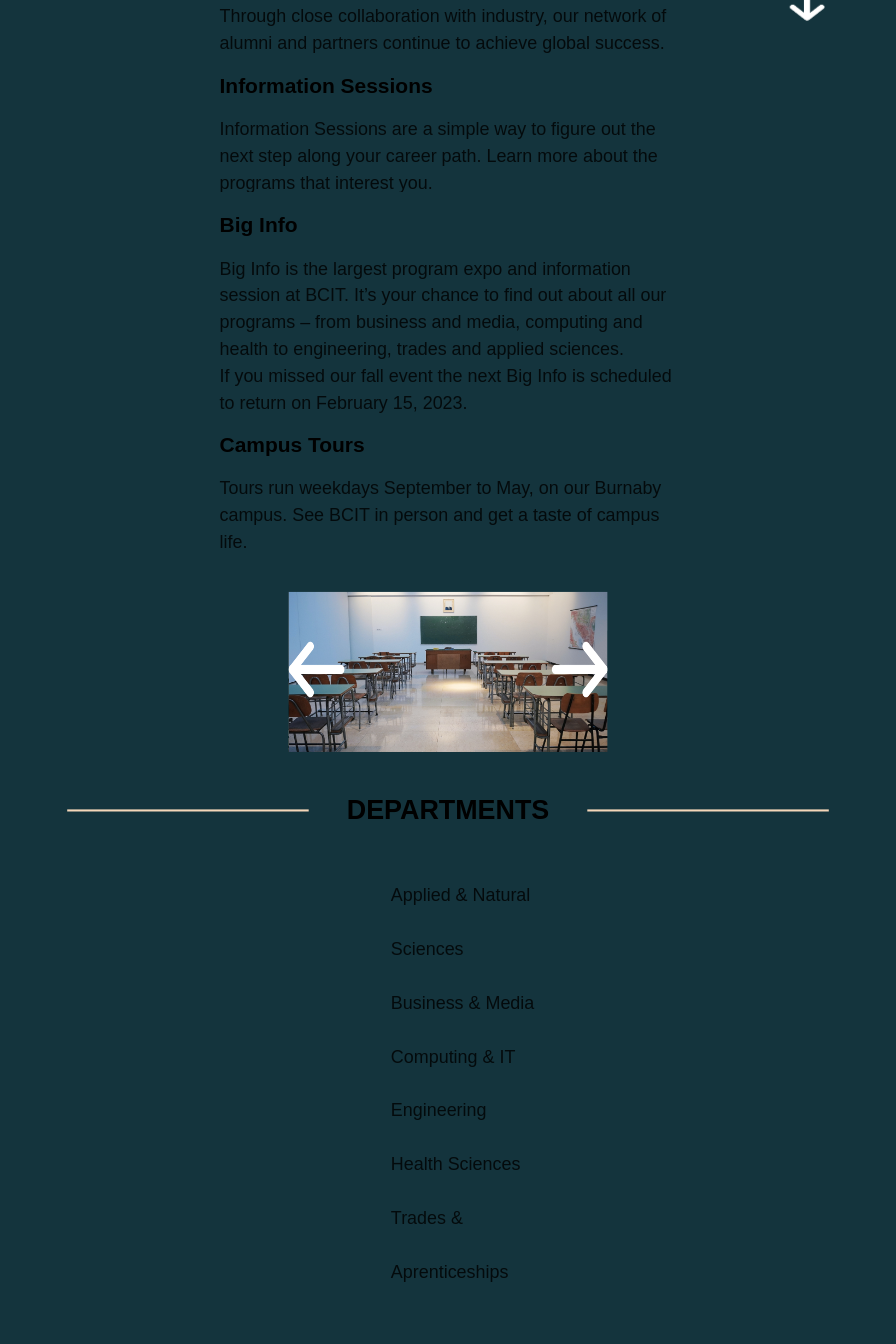
Repository: Kinakopan/playwright_bcit
Page: /about
These files come from the project's save history. The page is drawn as it stood at one moment and after the next save; the edit follows.
The browser window is 1280 px wide. The pictures show the part of the page from y = 635 to 2555 px (the page is 2586 px tall), at 70% of full size.
Some web fonts or font styles are not loaded; a fallback is used. The project was rebuilt for these pictures with package versions that can differ from the ones it lists, and the page was loaded fresh each time. The framework's server and built-in components were replaced by stand-ins that run in the browser. Also part of the build but not shown: next.config.js.

Above is the page before, as saved 2023-01-28 13:58:53.

### pages/_app.js
// import '@/styles/globals.css'
import '../styles/globals.css'
import '../styles/variables.css'
import Head from 'next/head'

export default function App({ Component, pageProps }) {
  return (
    <>
      <Head>
        <title>Example #1</title>
        <meta name="description" content="Generated by create next app" />
        <meta name="viewport" content="width=device-width, initial-scale=1" />
        <link href="https://fonts.googleapis.com/css2?family=Myriad+Pro:wght@100;400;700&display=swap" rel="stylesheet" />
        <link rel="icon" href="/favicon.ico" />
      </Head>
      <Component {...pageProps} />
    </>
  )
}

### pages/about.js
// import axios from 'axios'
import Link from "next/link";
import styles from "@/styles/Home.module.css";
import Arrow from "/components/arrow";
import Navbar from "/components/navbar";
import MyCarousel from "/components/carousel";
import { Inter } from "@next/font/google";
import { useState, useEffect } from "react";

const inter = Inter({ subsets: ["latin"] });

export default function About() {
  return (
    <>
      <div className={styles.body_about}>
        <div className={styles.wrapper}>
          <Navbar />

          {/* Main contents under nav bar */}
          <main className={styles.main}>
            {/* About Us */}
            <h1 className={styles.text_heading1}>About Us</h1>

            <div className={styles.cont_section1}>
              <p className={styles.text_body}>
                We are proud to deliver an education that goes beyond textbooks
                and classrooms.
              </p>

              <p className={styles.text_body}>
                Our students gain the technical skills, real-world experience,
                and problem-solving ability needed to embrace complexity and
                lead innovation in a rapidly changing workforce.
              </p>

              <p className={styles.text_body}>
                Through close collaboration with industry, our network of alumni
                and partners continue to achieve global success.
              </p>

              <h3 className={styles.text_heading2}>Information Sessions</h3>

              <p className={styles.text_body}>
                Information Sessions are a simple way to figure out the next
                step along your career path. Learn more about the programs that
                interest you.
              </p>

              <h3 className={styles.text_heading2}>Big Info</h3>

              <p className={styles.text_body}>
                Big Info is the largest program expo and information session at
                BCIT. It’s your chance to find out about all our programs – from
                business and media, computing and health to engineering, trades
                and applied sciences.
                <br />
                If you missed our fall event the next Big Info is scheduled to
                return on February 15, 2023.
              </p>

              <h3 className={styles.text_heading2}>Campus Tours</h3>

              <p className={styles.text_body}>
                Tours run weekdays September to May, on our Burnaby campus. See
                BCIT in person and get a taste of campus life.
              </p>

              <MyCarousel></MyCarousel>

              {/* CSS Carousel */}
              {/* <section className={styles.carousel} aria-label="Gallery">
                <ol className={styles.carousel__viewport}>
                  <li
                    id="carousel__slide1"
                    tabindex="0"
                    className={styles.carousel__slide}
                  >
                    <div className={styles.carousel__snapper}>
                      <a href="#carousel__slide4" className={styles.carousel__prev}>
                        Go to last slide
                      </a>
                      <a href="#carousel__slide2" className={styles.carousel__next}>
                        Go to next slide
                      </a>
                    </div>
                  </li>
                  <li
                    id="carousel__slide2"
                    tabindex="0"
                    className={styles.carousel__slide}
                  >
                    <div className={styles.carousel__snapper}></div>
                    <a href="#carousel__slide1" className={styles.carousel__prev}>
                      Go to previous slide
                    </a>
                    <a href="#carousel__slide3" className={styles.carousel__next}>
                      Go to next slide
                    </a>
                  </li>
                  <li
                    id="carousel__slide3"
                    tabindex="0"
                    className={styles.carousel__slide}
                  >
                    <div className={styles.carousel__snapper}></div>
                    <a href="#carousel__slide2" className={styles.carousel__prev}>
                      Go to previous slide
                    </a>
                    <a href="#carousel__slide4" className={styles.carousel__next}>
                      Go to next slide
                    </a>
                  </li>
                  <li
                    id="carousel__slide4"
                    tabindex="0"
                    className={styles.carousel__slide}
                  >
                    <div className={styles.carousel__snapper}></div>
                    <a href="#carousel__slide3" className={styles.carousel__prev}>
                      Go to previous slide
                    </a>
                    <a href="#carousel__slide1" className={styles.carousel__next}>
                      Go to first slide
                    </a>
                  </li>
                </ol>
                <aside className={styles.carousel__navigation}>
                  <ol className={styles.carousel__navigation_list}>
                    <li className={styles.carousel__navigation_item}>
                      <a
                        href="#carousel__slide1"
                        className={styles.carousel__navigation_button}
                      >
                        Go to slide 1
                      </a>
                    </li>
                    <li className={styles.carousel__navigation_item}>
                      <a
                        href="#carousel__slide2"
                        className={styles.carousel__navigation_button}
                      >
                        Go to slide 2
                      </a>
                    </li>
                    <li className={styles.carousel__navigation_item}>
                      <a
                        href="#carousel__slide3"
                        className={styles.carousel__navigation_button}
                      >
                        Go to slide 3
                      </a>
                    </li>
                    <li className={styles.carousel__navigation_item}>
                      <a
                        href="#carousel__slide4"
                        className={styles.carousel__navigation_button}
                      >
                        Go to slide 4
                      </a>
                    </li>
                  </ol>
                </aside>
              </section> */}

              <div></div>
            </div>

            {/* DEPARTMENTS */}
            <h2 className={styles.text_heading1}>DEPARTMENTS</h2>

            <div className={styles.cont_section2}>
              <ul className={styles.box_list}>
                <li>Applied & Natural Sciences</li>
                <li>Business & Media</li>
                <li>Computing & IT</li>
                <li>Engineering</li>
                <li>Health Sciences</li>
                <li>Trades & Aprenticeships</li>
              </ul>
            </div>
          </main>

          <Arrow />
        </div>
      </div>
    </>
  );
}

### styles/variables.css
:root {
  --primary-color: |#fff;
  --secondary-color: #F4D6B9;
  --ternary-color: #7796A4;
  --quaternary-color: #14343D;
  --quinary-color: rgba(16,46,53,0.5);
}

### styles/Home.module.css
@import '/styles/variables.css';

.main {
  display: flex;
  flex-direction: column;
  justify-content: space-between;
  align-items: center;
  padding: 6rem;
  min-height: 100vh;
}

.description {
  display: inherit;
  justify-content: inherit;
  align-items: inherit;
  font-size: 0.85rem;
  max-width: var(--max-width);
  width: 100%;
  z-index: 2;
  font-family: var(--font-mono);
}

.description a {
  display: flex;
  justify-content: center;
  align-items: center;
  gap: 0.5rem;
}

.description p {
  position: relative;
  margin: 0;
  padding: 1rem;
  background-color: rgba(var(--callout-rgb), 0.5);
  border: 1px solid rgba(var(--callout-border-rgb), 0.3);
  border-radius: var(--border-radius);
}

.code {
  font-weight: 700;
  font-family: var(--font-mono);
}

.grid {
  display: grid;
  grid-template-columns: repeat(4, minmax(25%, auto));
  width: var(--max-width);
  max-width: 100%;
}

.card {
  padding: 1rem 1.2rem;
  border-radius: var(--border-radius);
  background: rgba(var(--card-rgb), 0);
  border: 1px solid rgba(var(--card-border-rgb), 0);
  transition: background 200ms, border 200ms;
}

.card span {
  display: inline-block;
  transition: transform 200ms;
}

.card h2 {
  font-weight: 600;
  margin-bottom: 0.7rem;
}

.card p {
  margin: 0;
  opacity: 0.6;
  font-size: 0.9rem;
  line-height: 1.5;
  max-width: 30ch;
}

.center {
  display: flex;
  justify-content: center;
  align-items: center;
  position: relative;
  padding: 4rem 0;
}

.center::before {
  background: var(--secondary-glow);
  border-radius: 50%;
  width: 480px;
  height: 360px;
  margin-left: -400px;
}

.center::after {
  background: var(--primary-glow);
  width: 240px;
  height: 180px;
  z-index: -1;
}

.center::before,
.center::after {
  content: '';
  left: 50%;
  position: absolute;
  filter: blur(45px);
  transform: translateZ(0);
}

.logo,
.thirteen {
  position: relative;
}

.thirteen {
  display: flex;
  justify-content: center;
  align-items: center;
  width: 75px;
  height: 75px;
  padding: 25px 10px;
  margin-left: 16px;
  transform: translateZ(0);
  border-radius: var(--border-radius);
  overflow: hidden;
  box-shadow: 0px 2px 8px -1px #0000001a;
}

.thirteen::before,
.thirteen::after {
  content: '';
  position: absolute;
  z-index: -1;
}

/* Conic Gradient Animation */
.thirteen::before {
  animation: 6s rotate linear infinite;
  width: 200%;
  height: 200%;
  background: var(--tile-border);
}

/* Inner Square */
.thirteen::after {
  inset: 0;
  padding: 1px;
  border-radius: var(--border-radius);
  background: linear-gradient(
    to bottom right,
    rgba(var(--tile-start-rgb), 1),
    rgba(var(--tile-end-rgb), 1)
  );
  background-clip: content-box;
}

/* Enable hover only on non-touch devices */
@media (hover: hover) and (pointer: fine) {
  .card:hover {
    background: rgba(var(--card-rgb), 0.1);
    border: 1px solid rgba(var(--card-border-rgb), 0.15);
  }

  .card:hover span {
    transform: translateX(4px);
  }
}

@media (prefers-reduced-motion) {
  .thirteen::before {
    animation: none;
  }

  .card:hover span {
    transform: none;
  }
}

/* Mobile */
@media (max-width: 700px) {
  .content {
    padding: 4rem;
  }

  .grid {
    grid-template-columns: 1fr;
    margin-bottom: 120px;
    max-width: 320px;
    text-align: center;
  }

  .card {
    padding: 1rem 2.5rem;
  }

  .card h2 {
    margin-bottom: 0.5rem;
  }

  .center {
    padding: 8rem 0 6rem;
  }

  .center::before {
    transform: none;
    height: 300px;
  }

  .description {
    font-size: 0.8rem;
  }

  .description a {
    padding: 1rem;
  }

  .description p,
  .description div {
    display: flex;
    justify-content: center;
    position: fixed;
    width: 100%;
  }

  .description p {
    align-items: center;
    inset: 0 0 auto;
    padding: 2rem 1rem 1.4rem;
    border-radius: 0;
    border: none;
    border-bottom: 1px solid rgba(var(--callout-border-rgb), 0.25);
    background: linear-gradient(
      to bottom,
      rgba(var(--background-start-rgb), 1),
      rgba(var(--callout-rgb), 0.5)
    );
    background-clip: padding-box;
    backdrop-filter: blur(24px);
  }

  .description div {
    align-items: flex-end;
    pointer-events: none;
    inset: auto 0 0;
    padding: 2rem;
    height: 200px;
    background: linear-gradient(
      to bottom,
      transparent 0%,
      rgb(var(--background-end-rgb)) 40%
    );
    z-index: 1;
  }
}

/* Tablet and Smaller Desktop */
@media (min-width: 701px) and (max-width: 1120px) {
  .grid {
    grid-template-columns: repeat(2, 50%);
  }
}

@media (prefers-color-scheme: dark) {
  .vercelLogo {
    filter: invert(1);
  }

  .logo,
  .thirteen img {
    filter: invert(1) drop-shadow(0 0 0.3rem #ffffff70);
  }
}

@keyframes rotate {
  from {
    transform: rotate(360deg);
  }
  to {
    transform: rotate(0deg);
  }
}



/*****************************
******************************
            AUTHOR
******************************
*****************************/

/*============================
    From here - Common Style
============================*/
/* From here - components/navbar.js */
.nav {
  display: flex;
  flex-direction: row;
  justify-content: space-between;
  width: 100%;
  padding: 3% 8% 0 8%;
}

.burgar,
.hat {
  width: fit-content;
}

/* From here - components/arrow.js */
.arrowBox {
  flex: 1;
  display: flex;
  flex-direction: column;
  justify-content: space-between;
  align-items: flex-end;
  position: fixed;
  width: fit-content;
  height: 12%;
  right: 8%;
  bottom: 10%;
}

.arrowBox * {
  background: transparent;
  border: none;
}

/* From here - general */
.body_home,
.body_about,
.body_contact,
.wrapper {
  display: flex;
  flex-direction: column;
  width: 100vw;
}

.body_home,
.body_about,
.body_contact {
  /* font-size: 62.5%; */
  background-size: cover;
  background-position: center;
  background-repeat: no-repeat;
  line-height: 1.5;
  font-family: 'Myriad Pro', sans-serif;
  font-weight: 100;
  text-align: left;
}

.wrapper {
  font-size: 1.6rem;
  background-size: cover;
}

.main {
  display: flex;
  width: 100%;
}

/* .text_heading_h1 {

}

.text_heading_h2 {

} */
/*============================
    From here - Home Page
============================*/
.body_home {
  height: 100vh;
  overflow: hidden;
}

.body_home .main {
  flex-direction: row;
  justify-content: flex-start;
  align-items: flex-end;
  padding: 0 0 12% 21%;
}

.body_home .cont_main {
  display: flex;
  flex-direction: column;
  width: 48%;
}

.body_home .cont_main * {
  color: var(--primary-color);
}

.body_home .text_heading1 {
  font-family: 'Myriad Pro', sans-serif;
  /* font-size: 3.6rem; */
  font-size: 220%;
  line-height: 1.3;
  padding-bottom: 3%;
  margin-bottom: 3%;
  border-bottom: 4px solid;
  border-image: linear-gradient(to right, rgba(244,214,185,1) 0%, rgba(244,214,185,1) 69%, rgba(244,214,185,0) 69%, rgba(244,214,185,0) 100%) 1;
}

.body_home .text_body,
.body_home .box_btn * {
  opacity: .9;
}

.body_home .box_btn {
  display: flex;
  flex-direction: row;
}

.body_home .box_btn * {
  font-size: 1.4rem;
  background: transparent;
  padding: .3% 3%;
  border: 3px solid;
  border-color: var(--primary-color);
  border-radius: 10px;
  margin: 3% 2.5% 0 0;
}

.body_home .btn_about:hover {
  color: transparent;
  background: white;
}

/*============================
    From here - About Page
============================*/
.body_about {
  background: var(--quaternary-color);
}

.body_about .text_heading1 {
  display: flex;
  align-items: center;
  width: 100%;
  padding: 5% 0;
}

.body_about .text_heading1:before,
.body_about .text_heading1:after {
  content: "";
  height: 3px;
  flex-grow: 1;
  background: var(--secondary-color);
}

.body_about .text_heading1:before {
  margin-right: 5%;
}

.body_about .text_heading1:after {
  margin-left: 5%;
}

.body_about .cont_section1,
.body_about .cont_section2 {
  display: flex;
  flex-direction: column;
  justify-content: flex-start;
  width: 60%;
}
.body_about .cont_section2 {
  width: 25%;
  padding-left: 5%;
}

.body_about .text_heading2,
.body_about .text_body {
  margin-bottom: 3%;
}

.body_about .text_heading2 {
  justify-content: flex-start;
}

.body_about .text_body,
.body_about .box_list *  {
  opacity: .8;
}

.body_about .box_list * {
  list-style: none;
  line-height: 3;
}

/* Carousel */
.carousel_cont {
  display: flex;
  align-self: center;
  width: 70%;
  margin-top: 5%;
  padding-top: 35%;
  overflow: hidden;
  position: relative;
}

.carousel_wrapper {
  display: flex;
  justify-content: center;
  width: 100%;
  height: 100%;
  position: absolute;
  top: 0;
  left: 0;
}

.carousel_slide {
  width: 100%;
  height: 100%;
  background-size: cover;
  background-position: top center;
}

.carousel_position {
  position: absolute;
  top: 50%;
  transform: translateY(-50%);
}

.carousel_text {
  font-size: 2rem;
  background: var(--quaternary-color);
  padding: 2.5%;
}

.carousel_slide:not(.carousel_active),
.carousel_text:not(.carousel_active) {
  display: none;
}

.carousel_prevBtn,
.carousel_nextBtn {
  font-size: 2rem;
  cursor: pointer;
  border: none;
  background: transparent;
}

.carousel_prevBtn {
  left: 0;
}

.carousel_nextBtn {
  right: 0;
}


/*============================
    From here - Contact Page
============================*/

### components/arrow.js
import Image from 'next/image';
import styles from '@/styles/Home.module.css';

export default function Arrow() {
  return (
    <div className={styles.arrowBox}>
      <button
        className={styles.arrowDown}
        onClick={() => setUpArrowClicked(true)}
      >
        <Image
          src='/icons/upwardArrow.png'
          alt="Upward arrow icon"
          width={50}
          height={50}
        />
      </button>

      <button
        className={styles.arrowDown}
        onClick={() => setDownArrowClicked(true)}
      >
        <Image
          src='/icons/downwardArrow.png'
          alt="Downward arrow icon"
          width={50}
          height={50}
        />
      </button>
    </div>
  )
}

### components/navbar.js
import Image from 'next/image';
import styles from '@/styles/Home.module.css';

export default function Navbar() {
  return (
    <nav className={styles.nav}>
      <Image
        className={styles.burgar}
        src='/icons/menu-icon.png'
        alt="menu icon"
        width={50}
        height={50}
      />
      <Image
        className={styles.hat}
        src='/icons/graduation-hat.png'
        alt="Graduation hat icon"
        width={50}
        height={50}
      />
    </nav>
  )
}

### components/carousel.js
import React, { useState } from 'react'
import styles from "@/styles/Home.module.css";
import Image from 'next/image'

const MyCarousel = () => {
  const [currentSlide, setCurrentSlide] = useState(0)
  const images = [
      '/carousel-images/0.jpg',
      '/carousel-images/1.jpg',
      '/carousel-images/2.jpg',
      '/carousel-images/3.jpg',
      '/carousel-images/4.jpg',
  ]
  const texts = [
      'Achieve Excellence',
      'Embrace Innovation',
      'Champion Diversity',
      'Pursue Collaboration',
      'Engage With Respect',
  ]

  return (
      <div className={styles.carousel_cont}>
        <div className={styles.carousel_wrapper}>
          {images.map((image, index) => (
            <div
              key={index}
              className={`${styles.carousel_slide} ${currentSlide === index ? styles.carousel_active : ''}`}
              style={{
                backgroundImage: `url(${image})`
              }}
            />
          ))}

          <div className={styles.carousel_textBox}>
            {texts.map((text, index) => (
              <p
                key={index}
                className={`${styles.carousel_text} ${styles.carousel_position} ${currentSlide === index ? styles.carousel_active : ''}`}
              >{text}</p>
            ))}
          </div>

          <button
            className={`${styles.carousel_prevBtn} ${styles.carousel_position}`}
            onClick={() => setCurrentSlide((currentSlide - 1 + images.length) % images.length)}
            >
            <Image
              src="/icons/leftArrow.png"
              alt="Arrow icon to show the previous slide"
              width={80}
              height={80}
            />
          </button>
          <button
            className={`${styles.carousel_nextBtn} ${styles.carousel_position}`}
            onClick={() => setCurrentSlide((currentSlide + 1) % images.length)}
            >
            <Image
              src="/icons/rightArrow.png"
              alt="Arrow icon to show the next slide"
              width={80}
              height={80}
            />
          </button>
        </div>
      </div>
  )
}

export default MyCarousel

Loaded but not shown: pages/_document.js (common file); styles/globals.css (common file)

After the next save:
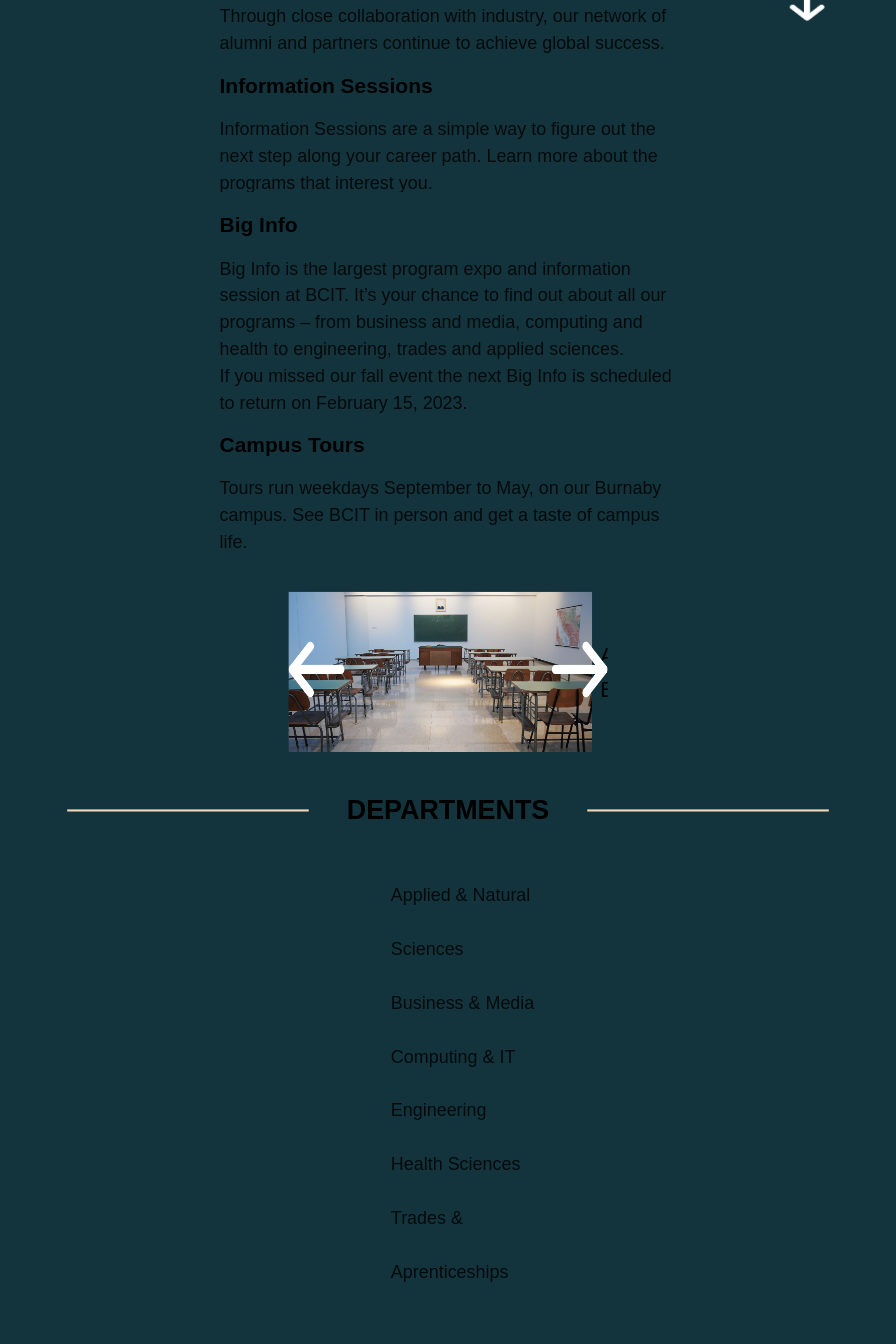
Saved 34 s later.
--- a/styles/Home.module.css
+++ b/styles/Home.module.css
@@ -519,10 +519,13 @@
   transform: translateY(-50%);
 }
 
+.carousel_textBox {
+  background: var(--quaternary-color);
+  padding: 2.5%;
+}
+
 .carousel_text {
   font-size: 2rem;
-  background: var(--quaternary-color);
-  padding: 2.5%;
 }
 
 .carousel_slide:not(.carousel_active),
